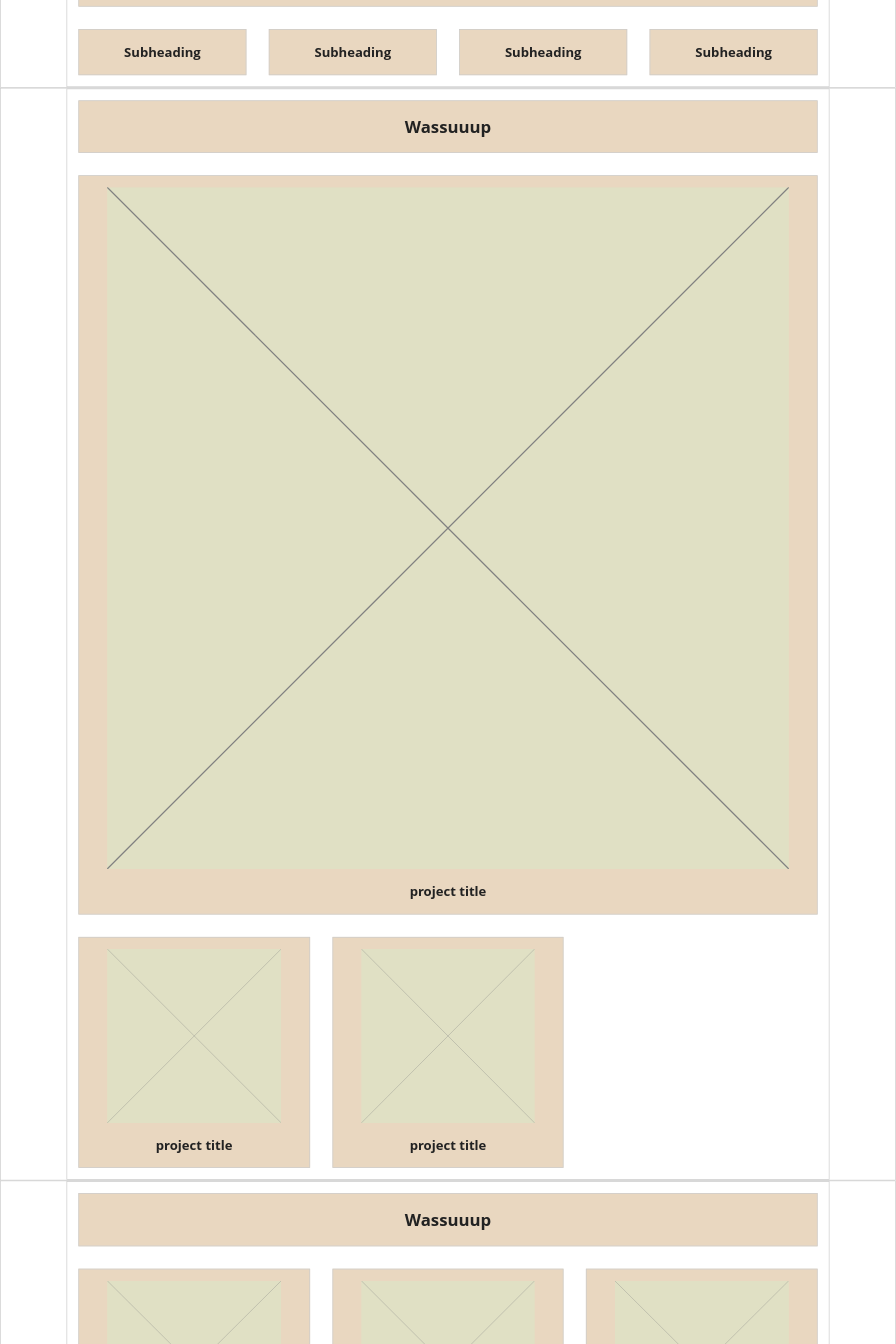
Repository: eilidhma/metrolics
Page: index.html
These files come from the project's save history. The page is drawn as it stood at one moment and after a run of saves; the edit follows.
The browser window is 1280 px wide. The pictures show the part of the page from y = 1339 to 3259 px (the page is 4483 px tall before and 3396 px after), at 70% of full size.

Above is the page before, as saved 2021-02-02 17:49:26.

### index.html
<!doctype html>
<html class="no-js" lang="en">

<head>
  <meta charset="utf-8">
  <title>Metrolics</title>
  <meta name="description" content="">
  <meta name="viewport" content="width=device-width, initial-scale=1">

  <meta property="og:title" content="">
  <meta property="og:type" content="">
  <meta property="og:url" content="">
  <meta property="og:image" content="">

  <link rel="manifest" href="site.webmanifest">
  <link rel="apple-touch-icon" href="icon.png">
  <!-- Place favicon.ico in the root directory -->

  <link rel="stylesheet" href="css/normalize.css">
  <link rel="stylesheet" href="css/main.css">

  <meta name="theme-color" content="#fafafa">
</head>


<!-- <body class="page__home">
  <header class="page__header">
    <div class="page__title">
      <h1 class="large__headings">Metrolics</h1>
      <img src="" alt="metrolics__logo" class="header__icon">
    </div>
    <nav class="page__navigation">
      <ul class="navigation__section">
        <li class="navigation_items">
          <img src="" alt="home__icon" class="nav__icons">
          <p class="nav__titles">Home</p>
        </li>
        <li class="navigation_items">
          <img src="" alt="pages__icon" class="nav__icons">
          <p class="nav__titles">Pages</p>
        </li>
        <li class="navigation_items">
          <img src="" alt="blog__icon" class="nav__icons">
          <p class="nav__titles">Blog</p>
        </li>
        <li class="navigation_items">
          <img src="" alt="portfolio__icon" class="nav__icons">
          <p class="nav__titles">Portfolio</p>
        </li>
        <li class="navigation_items">
          <img src="" alt="mail__icon" class="nav__icons">
          <p class="nav__titles">Home</p>
        </li>
      </ul>
    </nav>
  </header>

  <section class="hero__section">
    <img src="" alt="hero__images">
    <ul class="hero__headings">
      <li>
        <div class="hero__headings__colour1"></div>
        <h2 class="medium__headings">Metro Style</h2>
      </li>
      <li>
        <div class="hero__headings__colour2"></div>
        <h2 class="medium__headings">Retina Ready</h2>
      </li>
      <li>
        <div class="hero__headings__colour3"></div>
        <h2 class="medium__headings">Responsive Design</h2>
      </li>
    </ul>
    <a class="prev" onclick="">
      <img src="" alt="previous button" class="prev__icon">
    </a>
    <a class="next" onclick="">
      <img src="" alt="next button" class="next__icon">
    </a>
  </section>

  <main class="page__main">
    <div class="page__intro">
      <div class="row">
        <h1 class="large__headings">Hey guys! This is the Metrolics theme. <br>
        It sports a responsive layout with a mobile layout.</h1>
      </div>
    </div>
    <section class="main__content__four__columns">
      <h2 class="medium__headings">Things That We Do</h2>
      <p class="main__text">Ask us what we can do for you</p>
      <div class="four__column__item">
        <img src="" alt="icon" class="four__column__icon">
        <h3 class="four__column__headers">Web Solutions</h3>
        <p class="main__text">"Lorem ipsum dolor sit amet, consectetur adipiscing elit, sed do eiusmod tempor incididunt ut labore et dolore magna aliqua. Ut enim ad minim veniam, quis nostrud exercitation ullamco laboris nisi ut aliquip ex ea commodo consequat."Lorem ipsum dolor sit amet, consectetur adipiscing elit, sed do eiusmod tempor incididunt ut labore et dolore magna aliqua. Ut enim ad minim veniam, quis nostrud exercitation ullamco laboris nisi ut aliquip ex ea commodo consequat.</p>
      </div>
      <div class="four__column__item">
        <img src="" alt="icon" class="four__column__icon">
        <h3 class="four__column__headers">Photography</h3>
        <p class="main__text">"Lorem ipsum dolor sit amet, consectetur adipiscing elit, sed do eiusmod tempor incididunt ut labore et dolore magna aliqua. Ut enim ad minim veniam, quis nostrud exercitation ullamco laboris nisi ut aliquip ex ea commodo consequat."Lorem ipsum dolor sit amet, consectetur adipiscing elit, sed do eiusmod tempor incididunt ut labore et dolore magna aliqua. Ut enim ad minim veniam, quis nostrud exercitation ullamco laboris nisi ut aliquip ex ea commodo consequat.</p>
      </div>
      <div class="four__column__item">
        <img src="" alt="icon" class="four__column__icon">
        <h3 class="four__column__headers">Web Development</h3>
        <p class="main__text">"Lorem ipsum dolor sit amet, consectetur adipiscing elit, sed do eiusmod tempor incididunt ut labore et dolore magna aliqua. Ut enim ad minim veniam, quis nostrud exercitation ullamco laboris nisi ut aliquip ex ea commodo consequat."Lorem ipsum dolor sit amet, consectetur adipiscing elit, sed do eiusmod tempor incididunt ut labore et dolore magna aliqua. Ut enim ad minim veniam, quis nostrud exercitation ullamco laboris nisi ut aliquip ex ea commodo consequat.</p>
      </div>
      <div class="four__column__item">
        <img src="" alt="icon" class="four__column__icon">
        <h3 class="four__column__headers">Web Design</h3>
        <p class="main__text">"Lorem ipsum dolor sit amet, consectetur adipiscing elit, sed do eiusmod tempor incididunt ut labore et dolore magna aliqua. Ut enim ad minim veniam, quis nostrud exercitation ullamco laboris nisi ut aliquip ex ea commodo consequat."Lorem ipsum dolor sit amet, consectetur adipiscing elit, sed do eiusmod tempor incididunt ut labore et dolore magna aliqua. Ut enim ad minim veniam, quis nostrud exercitation ullamco laboris nisi ut aliquip ex ea commodo consequat.</p>
      </div>
    </section>

    <h2 class="medium__headings">What's Up Lately?</h2>
    <p class="main__text">Read up on our latest work</p>

    <section class="main__content__three__columns">
      <div class="three__column__item">
        <img src="" alt="image" class="content__image">
        <div class="corner__content">
          <h3 class="three__column__headers">29</h3>
          <h6 class="subtext">Nov, 2013</h6>
        <div class="content__caption">
          <h3 class="content__title">Sample Image Post</h3>
          <p class="content__text">Photography</p>
        </div>
        </div>
      </div>
      <div class="three__column__item">
        <img src="" alt="image" class="content__image">
        <div class="corner__content">
          <h3 class="three__column__headers">29</h3>
          <h6 class="subtext">Nov, 2013</h6>
        </div>
        <div class="content__caption">
          <h3 class="content__title">Sample Image Post</h3>
          <p class="content__text">Photography</p>
        </div>
      </div>
      <div class="three__column__item">
        <img src="" alt="image" class="content__image">
        <div class="corner__content">
          <h3 class="three__column__headers">29</h3>
          <h6 class="subtext">Nov, 2013</h6>
        </div>
        <div class="content__caption">
          <h3 class="content__title">Sample Image Post</h3>
          <p class="content__text">Photography</p>
        </div>
      </div>
    </section>

   <hr>

    <h2 class="medium__headings">Our Latest Projects</h2>
    <p class="main__text">Client happy? We are happy</p>

    <section class="main__content__six__columns">
      <div class="six__column__item">
        <img src="" alt="image" class="content__image">
        <div class="content__caption">
          <h3 class="content__title">Sample Image Post</h3>
          <p class="content__text">Photography</p>
        </div>
      </div>
      <div class="six__column__item">
        <div class="content__caption">
          <h3 class="content__title">Sample Image Post</h3>
          <p class="content__text">Photography</p>
        </div>
      </div>
      <div class="six__column__item">
        <div class="content__caption">
          <h3 class="content__title">Sample Image Post</h3>
          <p class="content__text">Photography</p>
        </div>
      </div>
      <div class="six__column__item">
        <div class="content__caption">
          <h3 class="content__title">Sample Image Post</h3>
          <p class="content__text">Photography</p>
        </div>
      </div>
      <div class="six__column__item">
        <div class="content__caption">
          <h3 class="content__title">Sample Image Post</h3>
          <p class="content__text">Photography</p>
        </div>
      </div>
      <div class="six__column__item">
        <div class="content__caption">
          <h3 class="content__title">Sample Image Post</h3>
          <p class="content__text">Photography</p>
        </div>
      </div>
    </section>

    <h2 class="medium__headings">Thingsofabove</h2>
    <p class="main__text">Misc stuff we could not put anywhere else</p>

    <section class="detailed_content">
      <div class="menus">
        <details class="menus__items">
          <summary class="menu__titles">Sample Accordion Menu</summary>
          <img src="" alt="menu item icon" class="menu__icons">
          <h4 class="menu__content__titles">Web Solution</h4>
          <p class="menu__content__text">"Lorem ipsum dolor sit amet, consectetur adipiscing elit, sed do eiusmod tempor incididunt ut labore et dolore magna aliqua. Ut enim ad minim veniam, quis nostrud exercitation ullamco laboris nisi ut aliquip ex ea commodo consequat."Lorem ipsum dolor sit amet, consectetur adipiscing elit, sed do eiusmod tempor incididunt ut labore et dolore magna aliqua. Ut enim ad minim veniam, quis nostrud exercitation ullamco laboris nisi ut aliquip ex ea commodo consequat.</p>
        </details>
        <details class="menus__items">
          <summary class="menu__titles">Sample Accordion Menu 2</summary>
          <img src="" alt="menu item icon" class="menu__icons">
          <h4 class="menu__content__titles"></h4>
          <p class="menu__content__text"></p>
        </details>
        <details class="menus__items">
          <summary class="menu__titles">Sample Accordion Menu 3</summary>
          <img src="" alt="menu item icon" class="menu__icons">
          <h4 class="menu__content__titles"></h4>
          <p class="menu__content__text"></p>
        </details>
      </div>
      <div class="tabs">
        <nav class="tab__nav">
          <button class="tab__buttons" onclick="">Tab1</button>
          <button class="tab__buttons" onclick="">Tab2</button>
          <button class="tab__buttons" onclick="">Tab3</button>
        </nav>
        <div class="tab__content">
          <div class="tab__items">
            <img src="" alt="icon" class="tab__icons">
            <p class="tab__text">"Lorem ipsum dolor sit amet, consectetur adipiscing elit, sed do eiusmod tempor incididunt ut labore et dolore magna aliqua. Ut enim ad minim veniam, quis nostrud exercitation ullamco laboris nisi ut aliquip ex ea commodo consequat. </p>
          </div>
          <div class="tab__items">
            <img src="" alt="icon" class="tab__icons">
            <p class="tab__text">"Lorem ipsum dolor sit amet, consectetur adipiscing elit, sed do eiusmod tempor incididunt ut labore et dolore magna aliqua. Ut enim ad minim veniam, quis nostrud exercitation ullamco laboris nisi ut aliquip ex ea commodo consequat. </p>
          </div>
          <div class="tab__items">
            <img src="" alt="icon" class="tab__icons">
            <p class="tab__text">"Lorem ipsum dolor sit amet, consectetur adipiscing elit, sed do eiusmod tempor incididunt ut labore et dolore magna aliqua. Ut enim ad minim veniam, quis nostrud exercitation ullamco laboris nisi ut aliquip ex ea commodo consequat. </p>
          </div>
          <div class="tab__items">
            <img src="" alt="icon" class="tab__icons">
            <p class="tab__text">"Lorem ipsum dolor sit amet, consectetur adipiscing elit, sed do eiusmod tempor incididunt ut labore et dolore magna aliqua. Ut enim ad minim veniam, quis nostrud exercitation ullamco laboris nisi ut aliquip ex ea commodo consequat. </p>
          </div>
        </div>
      </div>
    <article class="brand_ads">
      <img src="" alt="image" class="brand__images">
      <img src="" alt="image" class="brand__images">
      <img src="" alt="image" class="brand__images">
      <img src="" alt="image" class="brand__images">
      <img src="" alt="image" class="brand__images">
    </article>
    </section>
  </main>

  <footer class="footer">
    <section class="footer__top">
      <img src="" alt="image" class="footer__top__image">
      <div>
        <h5 class="footer__top__title">Peewee Herman</h5>
        <p class="footer__top__text">Peewee has over 10 years experience in the industry. He is our Creative Director, digital designer, web designer and front-end developer. He is also pretty good with a sketch-book. Before starting the company Peewee worked as a designer and studio manager for a design house who boasted a number of big name clients.</p>
      </div>
    </section>

    <hr>

    <section class="footer__main">
      <div class="footer__main__content">
        <h3 class="content__title">About Us</h3>
        <hr>
        <p class="footer__text"></p>
        <div class="footer__icons__container">
          <img src="" alt="icon" class="footer__icons">
          <img src="" alt="icon" class="footer__icons">
          <img src="" alt="icon" class="footer__icons">
          <img src="" alt="icon" class="footer__icons">
          <img src="" alt="icon" class="footer__icons">
        </div>
      </div>
      <div class="footer__main__content">
        <h3 class="content__title">Flickr Photos</h3>
        <hr>
        <div class="footer__images__container">
          <img src="" alt="image" class="footer__images">
          <img src="" alt="image" class="footer__images">
          <img src="" alt="image" class="footer__images">
          <img src="" alt="image" class="footer__images">
          <img src="" alt="image" class="footer__images">
          <img src="" alt="image" class="footer__images">
        </div>
      </div>
      <div class="footer__main__content">
        <h3 class="content__title">Recent Tweets</h3>
        <hr>
        <div class="footer__sub__content">
          <img src="" alt="icon" class="footer__sub__content__icons">
          <p class="footer__text"></p>
        </div>
      </div>
      <div class="footer__main__content">
        <h3 class="content__title">Newsletter</h3>
        <hr>
        <p class="footer__text"></p>
        <div class="email">
          <input type="email" class="email__input">
          <button class="email__send"></button>
        </div>
      </div>
    </section>

    <section class="footer__bottom">
      <div class="footer__bottom__item"></div>
      <div class="footer__bottom__item"></div>
      <div class="footer__bottom__item"></div>
      <div class="footer__bottom__item"></div>
      <div class="footer__bottom__item"></div>
    </section>
  </footer>

  <script src="js/vendor/modernizr-3.11.2.min.js"></script>
  <script src="js/plugins.js"></script>
  <script src="js/main.js"></script>-->

  <!-- Google Analytics: change UA-XXXXX-Y to be your site's ID.  -->
  <script>
    window.ga = function () { ga.q.push(arguments) }; ga.q = []; ga.l = +new Date;
    ga('create', 'UA-XXXXX-Y', 'auto'); ga('set', 'anonymizeIp', true); ga('set', 'transport', 'beacon'); ga('send', 'pageview')
  </script>
  <script src="https://www.google-analytics.com/analytics.js" async></script>
</body>   -->

<body class="page page-home">
  <header class="page__header">
    <div class="row"></div>
  </header>

  <div class="page__slider">
    <div class="row">
      <div class="column">
        <img src="img/placeholder.svg" alt="slider placeholder">
      </div>
    </div>
  </div>

  <div class="page__intro">
    <div class="row">
      <h1 class="heading">
      Hey Guys! <br>
      ADD IN STUFF
      </h1>
    </div>
  </div>

  <section class="about">
    <div class="row l-col-4">
      <div class="column span-full">
        <h2 class="heading">
          Things that we do!
        </h2>
      </div>
      <div class="column">
        <h3 class="heading">Subheading</h3>
      </div>
      <div class="column">
        <h3 class="heading">Subheading</h3>
      </div>
      <div class="column">
        <h3 class="heading">Subheading</h3>
      </div>
      <div class="column">
        <h3 class="heading">Subheading</h3>
      </div>
    </div>
  </section>

  <section class="projects--new">
    <div class="row m-col-2 l-col-3">
      <div class="column span-full">
        <h2 class="heading">
          Wassuuup
        </h2>
      </div>
      <div class="column span-full">
        <figure class="project">
          <img src="img/placeholder.svg" alt="placeholder">
          <figcaption class="project__caption">
            <h3 class="heading">project title</h3>
          </figcaption>
        </figure>
      </div>
      <div class="column">
        <figure class="project">
          <img src="img/placeholder.svg" alt="placeholder">
          <figcaption class="project__caption">
            <h3 class="heading">project title</h3>
          </figcaption>
        </figure>
      </div>
      <div class="column">
        <figure class="project">
          <img src="img/placeholder.svg" alt="placeholder">
          <figcaption class="project__caption">
            <h3 class="heading">project title</h3>
          </figcaption>
        </figure>
      </div> <!-- project column ends here -->
    </div>
  </section> <!-- projects-new ends here -->

  <section class="projects">
    <div class="row m-col-2 l-col-3">
      <div class="column span-full">
        <h2 class="heading">
          Wassuuup
        </h2>
      </div>
      <div class="column">
        <figure class="project">
          <img src="img/placeholder.svg" alt="placeholder">
          <figcaption class="project__caption">
            <h3 class="heading">project title</h3>
          </figcaption>
        </figure>
      </div>
      <div class="column">
        <figure class="project">
          <img src="img/placeholder.svg" alt="placeholder">
          <figcaption class="project__caption">
            <h3 class="heading">project title</h3>
          </figcaption>
        </figure>
      </div>
      <div class="column">
        <figure class="project">
          <img src="img/placeholder.svg" alt="placeholder">
          <figcaption class="project__caption">
            <h3 class="heading">project title</h3>
          </figcaption>
        </figure>
      </div>
      <div class="column">
        <figure class="project">
          <img src="img/placeholder.svg" alt="placeholder">
          <figcaption class="project__caption">
            <h3 class="heading">project title</h3>
          </figcaption>
        </figure>
      </div>
      <div class="column">
        <figure class="project">
          <img src="img/placeholder.svg" alt="placeholder">
          <figcaption class="project__caption">
            <h3 class="heading">project title</h3>
          </figcaption>
        </figure>
      </div>
      <div class="column">
        <figure class="project">
          <img src="img/placeholder.svg" alt="placeholder">
          <figcaption class="project__caption">
            <h3 class="heading">project title</h3>
          </figcaption>
        </figure>
      </div>
    </div>
  </section> <!-- projects-new ends here -->

  <section class="thingsofabove">
    <div class="row l-col-2">
      <div class="column span-full">
        <h2 class="heading">
          Things of above
        </h2>
      </div>
      <div class="column">
        <p>GUI element here</p>
      </div>
      <div class="column">
        <p>GUI element here</p>
      </div>
    </div>
  </section>

  <div class="sponsors">
    <div class="row m-col-5">
      <div class="column">
        <img src="img/placeholder.svg" alt="sponsor placeholder">
      </div>
      <div class="column">
        <img src="img/placeholder.svg" alt="sponsor placeholder">
      </div>
      <div class="column">
        <img src="img/placeholder.svg" alt="sponsor placeholder">
      </div>
      <div class="column">
        <img src="img/placeholder.svg" alt="sponsor placeholder">
      </div>
      <div class="column">
        <img src="img/placeholder.svg" alt="sponsor placeholder">
      </div>
    </div>
  </div>

  <footer class="page__footer">
    <div class="row m-col-2 l-col-4">
      <div class="page__footer__intro column span-full">
        <h3 class="heading">
          Peeww Herman intro
        </h3>
      </div>
      <div class="column">
        <h4 class="heading">
          footer subheading
        </h4>
      </div>
      <div class="column">
        <h4 class="heading">
          footer subheading
        </h4>
      </div>
      <div class="column">
        <h4 class="heading">
          footer subheading
        </h4>
      </div>
      <div class="column">
        <h4 class="heading">
          footer subheading
        </h4>
      </div>
    </div>
  </footer>

  <script src="js/vendor/modernizr-3.11.2.min.js"></script>
  <script src="js/plugins.js"></script>
  <script src="js/main.js"></script>

  <!-- Google Analytics: change UA-XXXXX-Y to be your site's ID. -->
  <script>
    window.ga = function () { ga.q.push(arguments) }; ga.q = []; ga.l = +new Date;
    ga('create', 'UA-XXXXX-Y', 'auto'); ga('set', 'anonymizeIp', true); ga('set', 'transport', 'beacon'); ga('send', 'pageview')
  </script>
  <script src="https://www.google-analytics.com/analytics.js" async></script>

</body>


</html>

Loaded but not shown: css/normalize.css (library); js/vendor/modernizr-3.11.2.min.js (library); js/plugins.js (24 lines, source omitted); css/main.css (360 lines, source omitted); js/main.js (no copy from this time; the picture is the same without it)

After the next 2 saves:
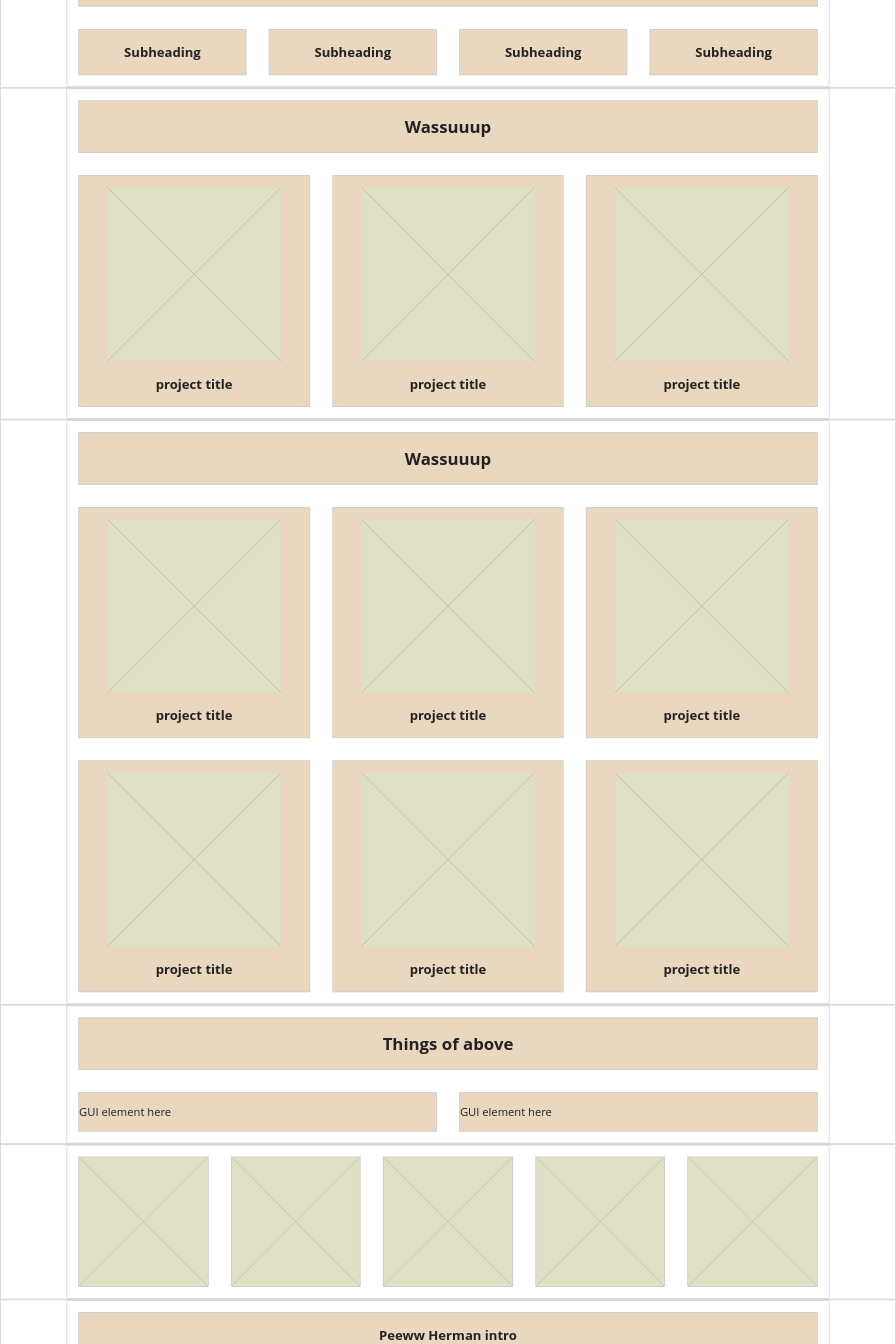
The 2 saves are shown as one change because they came seconds apart.
The last was saved 11 s later.
--- a/index.html
+++ b/index.html
@@ -381,7 +381,7 @@
           Wassuuup
         </h2>
       </div>
-      <div class="column span-full">
+      <div class="column special-project">
         <figure class="project">
           <img src="img/placeholder.svg" alt="placeholder">
           <figcaption class="project__caption">
